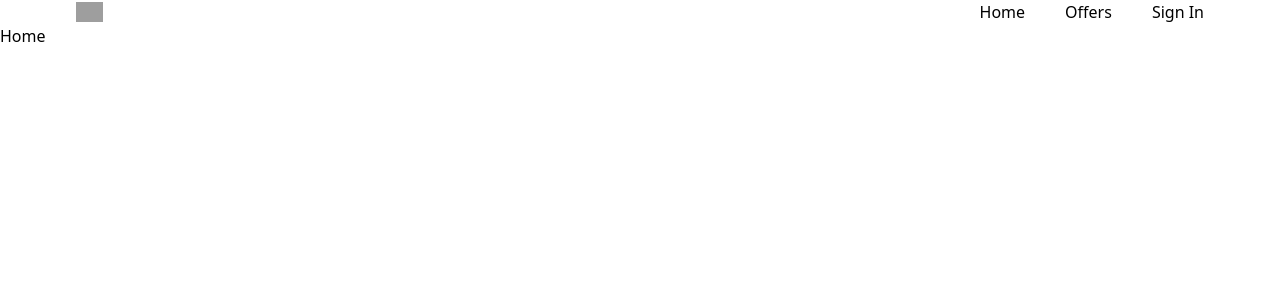
Repository: Mardoqueu/realtor-clone-react
Page: /
The author's editor kept a copy of each file at every save. The page is drawn from the files as they stood at one save, then again after a run of saves.
The browser window is 1280 px wide. The pictures show the whole page.
Pictures or frames that could not be fetched are drawn as grey boxes. The project was rebuilt for these pictures with package versions that can differ from the ones it lists, and the page was loaded fresh each time. Also part of the build but not shown: src/pages/Profile.jsx, src/pages/SignIn.jsx, src/pages/SignUp.jsx, src/pages/ForgotPassword.jsx, src/pages/Offers.jsx.

Above is the page before, as saved 2022-10-27 08:16:02.

### public/index.html
<!DOCTYPE html>
<html lang="en">
  <head>
    <meta charset="utf-8" />
    <link rel="icon" href="%PUBLIC_URL%/favicon.ico" />
    <meta name="viewport" content="width=device-width, initial-scale=1" />
    <meta name="theme-color" content="#000000" />
    <meta
      name="description"
      content="Web site created using create-react-app"
    />
    <link rel="apple-touch-icon" href="%PUBLIC_URL%/logo192.png" />
    <link rel="manifest" href="%PUBLIC_URL%/manifest.json" />

    <title>Realtor Clone React</title>
  </head>
  <body>
    <noscript>You need to enable JavaScript to run this app.</noscript>
    <div id="root"></div>

  </body>
</html>

### src/App.js
import {BrowserRouter as Router, Routes, Route} from "react-router-dom"
import Home from "./pages/Home"
import Profile from "./pages/Profile"
import SignIn from "./pages/SignIn"
import SignUp from "./pages/SignUp"
import ForgotPassword from "./pages/ForgotPassword"
import Offers from "./pages/Offers"
import Header from "./components/Header"

function App() {
  return (
    <>
        <Router>
          <Header/>
          <Routes>
            <Route path="/" element={<Home/>}/>
            <Route path="/profile" element={<Profile/>}/>
            <Route path="/sign-in" element={<SignIn/>}/>
            <Route path="/sign-up" element={<SignUp/>}/>
            <Route path="/forgot-password" element={<ForgotPassword/>}/>
            <Route path="/offers" element={<Offers/>}/>

          </Routes>
        </Router>
    </>
  );
}

export default App;

### src/pages/Home.jsx
import React from 'react';

const Home = () => {
    return (
        <div>
        Home
        </div>
    );
}

export default Home;

### src/components/Header.jsx
import React from 'react';

const Header = () => {
    return (
        <div className=''>
            <header className='flex justify-between items-center px-3 max-w-6xl mx-auto'>
                <div>
                    <img src='https://static.rdc.moveaws.com/images/logos/rdc-logo-default.svg' alt='logo'
                    className='h-5 cursor-pointer'></img>
                </div>
                <div>
                    <ul className='flex space-x-10'>
                        <li>Home</li>
                        <li>Offers</li>
                        <li>Sign In</li>
                    </ul>
                </div>
            </header>
        </div>
    );
}

export default Header;

Loaded but not shown: src/index.js (common file); src/index.css (common file); src/reportWebVitals.js (common file); tailwind.config.js (common file)

After the next 5 saves:
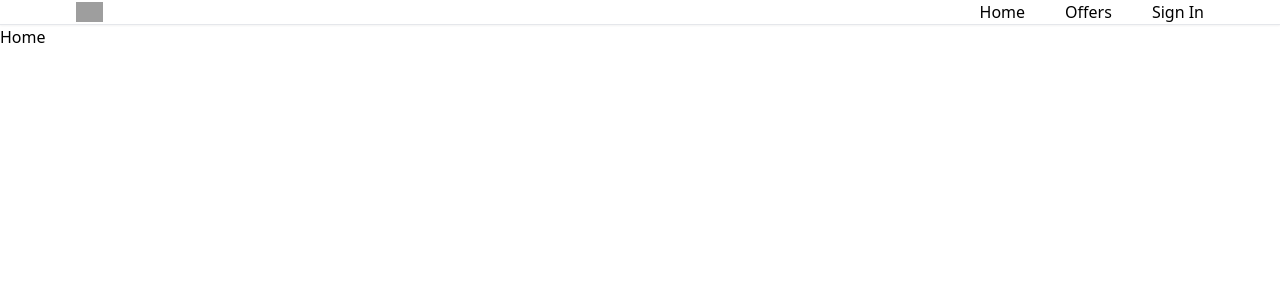
The 5 saves are shown as one change because they came seconds apart.
The last was saved 25 s later.
--- a/src/components/Header.jsx
+++ b/src/components/Header.jsx
@@ -2,7 +2,7 @@ import React from 'react';
 
 const Header = () => {
     return (
-        <div className=''>
+        <div className='bg-white border-b shadow-sm'>
             <header className='flex justify-between items-center px-3 max-w-6xl mx-auto'>
                 <div>
                     <img src='https://static.rdc.moveaws.com/images/logos/rdc-logo-default.svg' alt='logo'
